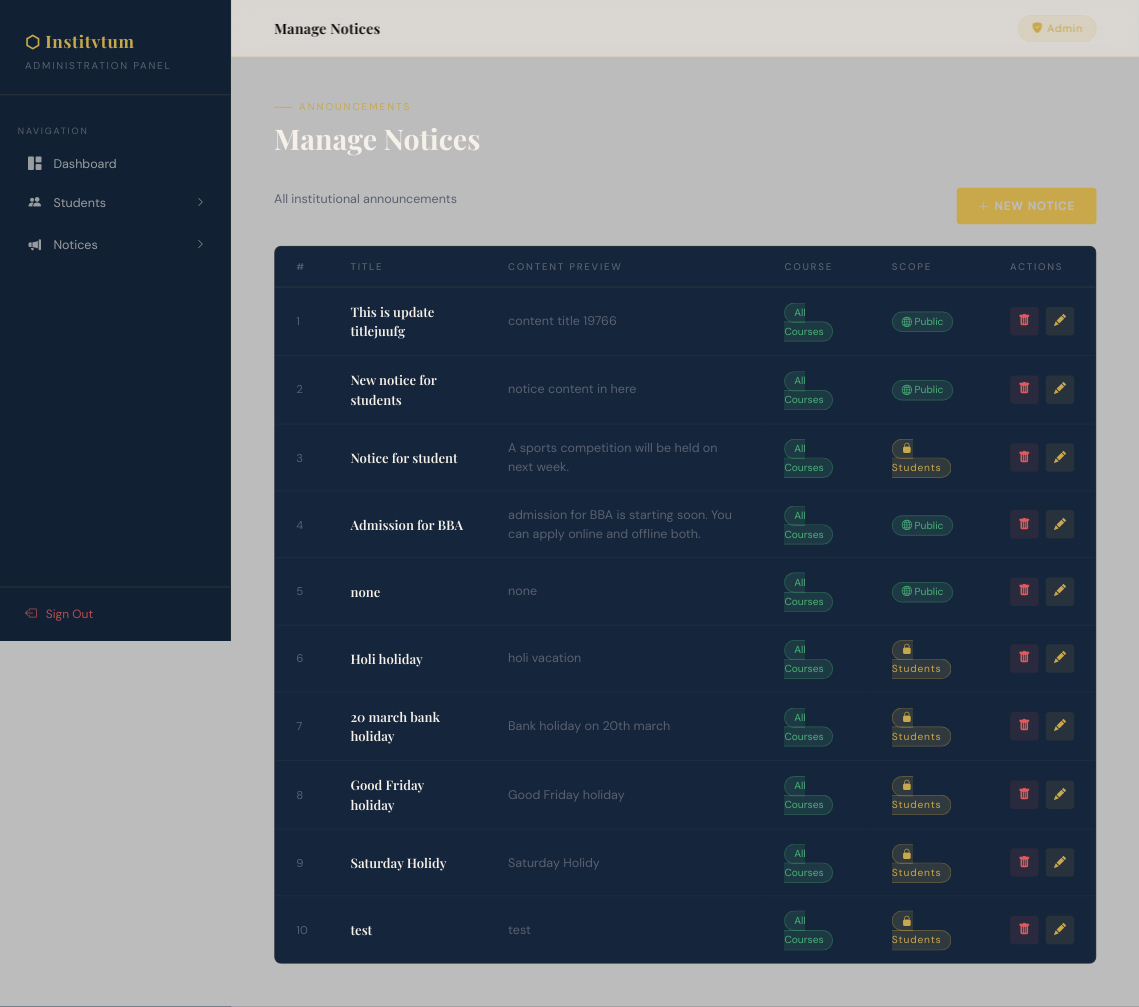
Repository: Yashaswini-penumarthi/x24262404-devops-project
Page: http://localhost/admin_panel/manage_notices/
The author's editor kept a record of every edit. The page is drawn from the files as they stood at one moment, then again after the next edit.
The browser window is 1280 px wide. The pictures show the whole page, at 89% of full size.
The page is served by the project's application, run on Django 4.2 (manage.py). The page reads the database file committed with the project.

Above is the page before.

After the next edit:
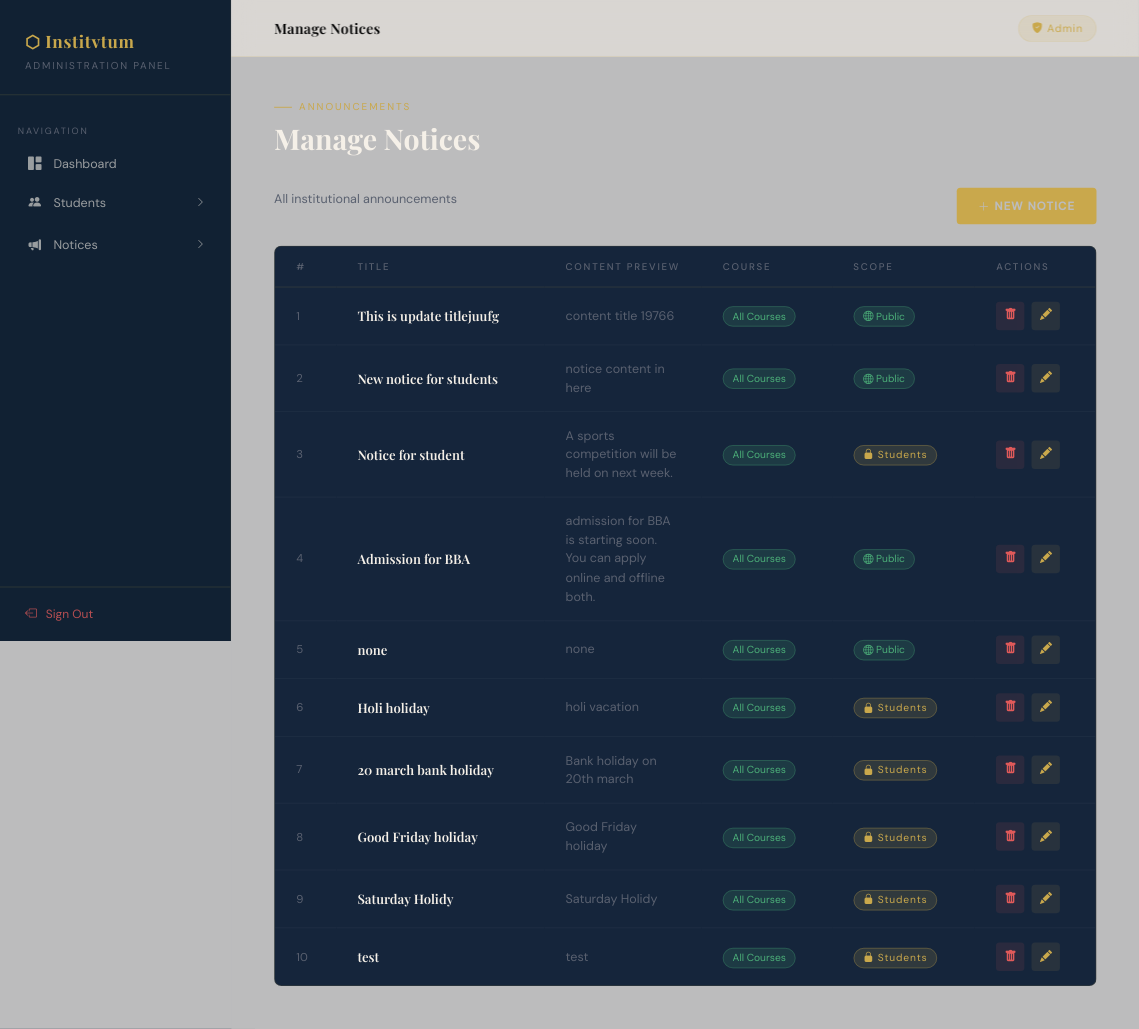
The edit:
--- a/templates/admin/manage_notices.html
+++ b/templates/admin/manage_notices.html
@@ -22,7 +22,7 @@
       <tr>
         <th>#</th>
         <th>Title</th>
-        <th>Content Preview</th>
+        <th style="width:50px">Content Preview</th>
         <th>Course</th>
         <th>Scope</th>
         <th>Actions</th>
